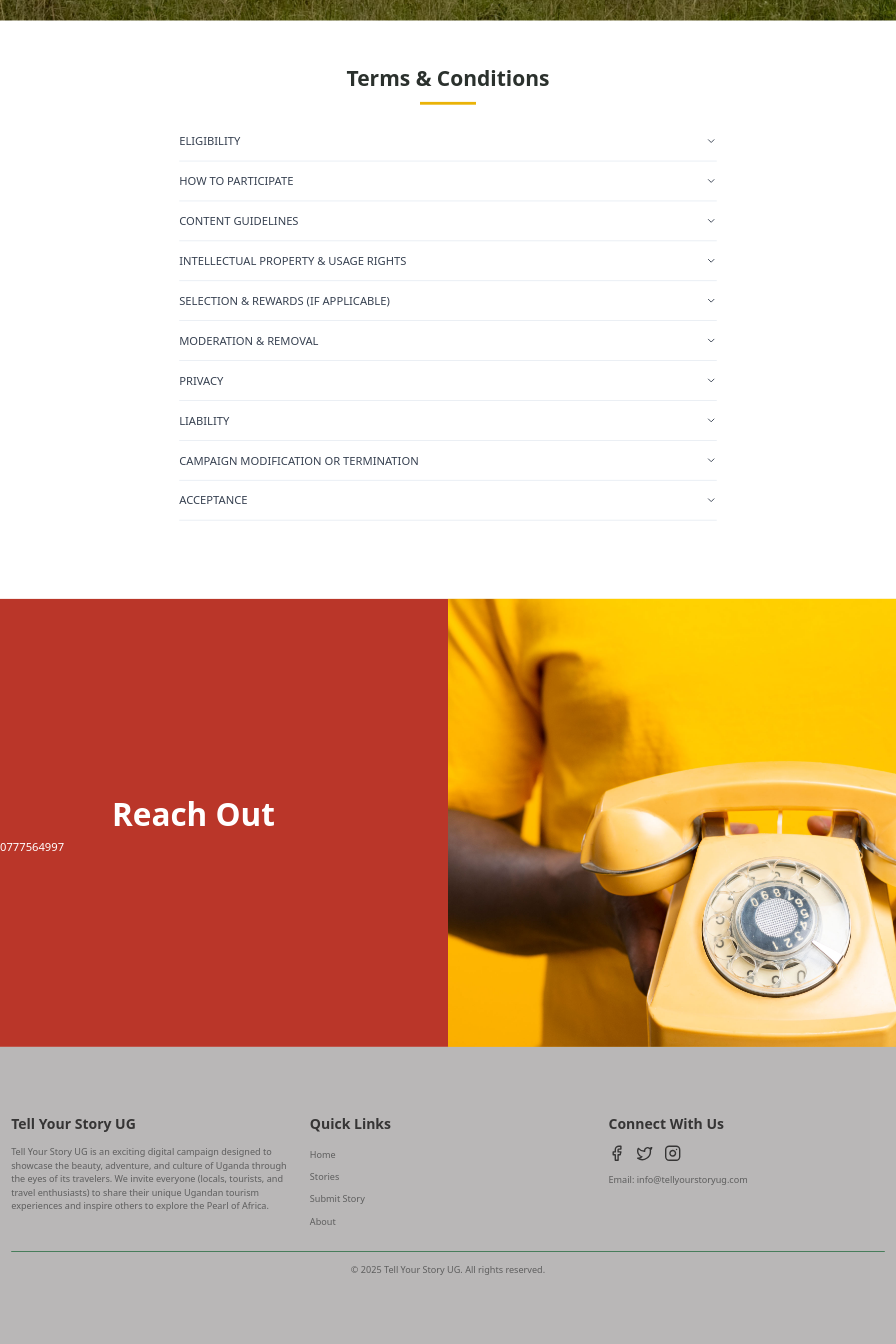
Repository: kaizoku010/take.part
Page: /
These files come from the project's save history. The page is drawn as it stood at one moment and after the next save; the edit follows.
The browser window is 1280 px wide. The pictures show the part of the page from y = 3382 to 5302 px (the page is 5302 px tall), at 70% of full size.
Backgrounds fixed to the window are drawn as part of the page. The project was rebuilt for these pictures with package versions that can differ from the ones it lists, and the page was loaded fresh each time. Also part of the build but not shown: vite.config.ts, src/components/ui/tooltip.tsx, src/pages/About.tsx, src/components/ui/input.tsx, src/pages/Stories.tsx, src/pages/StoryDetail.tsx, src/components/ui/use-toast.ts, src/components/ui/label.tsx and 3 more.

Above is the page before, as saved 2025-04-14 17:02:50.

### index.html

<!DOCTYPE html>
<html lang="en">
  <head>
    <meta charset="UTF-8" />
    <meta name="viewport" content="width=device-width, initial-scale=1.0" />
    <title>TAKE PART</title>
    <meta name="description" content="Share your Ugandan tourism experiences and inspire others to explore the Pearl of Africa" />
    <meta name="author" content="muneza dixon" />

    <meta property="og:title" content="Tell Your Story UG - Explore Uganda" />
    <meta property="og:description" content="Share your Ugandan tourism experiences and inspire others to explore the Pearl of Africa" />

    <!-- Meta Pixel Code -->
    <script>
    !function(f,b,e,v,n,t,s)
    {if(f.fbq)return;n=f.fbq=function(){n.callMethod?
    n.callMethod.apply(n,arguments):n.queue.push(arguments)};
    if(!f._fbq)f._fbq=n;n.push=n;n.loaded=!0;n.version='2.0';
    n.queue=[];t=b.createElement(e);t.async=!0;
    t.src=v;s=b.getElementsByTagName(e)[0];
    s.parentNode.insertBefore(t,s)}(window, document,'script',
    'https://connect.facebook.net/en_US/fbevents.js');
    fbq('init', '1846327909352916');
    fbq('track', 'PageView');
    </script>
    <!-- End Meta Pixel Code -->
  </head>

  <body>
    <div id="root"></div>
    <!-- Facebook Pixel noscript -->
    <noscript><img height="1" width="1" style="display:none"
    src="https://www.facebook.com/tr?id=1846327909352916&ev=PageView&noscript=1"
    /></noscript>
    <!-- IMPORTANT: DO NOT REMOVE THIS SCRIPT TAG OR THIS VERY COMMENT! -->
    <script src="https://cdn.gpteng.co/gptengineer.js" type="module"></script>
    <script type="module" src="/src/main.tsx"></script>
  </body>
</html>

### src/App.tsx

import { Toaster } from "@/components/ui/toaster";
import { Toaster as Sonner } from "@/components/ui/sonner";
import { TooltipProvider } from "@/components/ui/tooltip";
import { QueryClient, QueryClientProvider } from "@tanstack/react-query";
import { BrowserRouter, Routes, Route } from "react-router-dom";
import Home from "./pages/Home";
import About from "./pages/About";
import Stories from "./pages/Stories";
import StoryDetail from "./pages/StoryDetail";
import SubmitStory from "./pages/SubmitStory";
import NotFound from "./pages/NotFound";
import "./mdx.css";
import "./mobile.css"

const queryClient = new QueryClient();

const App = () => (
  <QueryClientProvider client={queryClient}>
    <TooltipProvider>
      <Toaster />
      <Sonner />
      <BrowserRouter>
        <Routes>
          <Route path="/" element={<Home />} />
          <Route path="/about" element={<About />} />
          <Route path="/stories" element={<Stories />} />
          <Route path="/stories/:id" element={<StoryDetail />} />
          <Route path="/submit-story" element={<SubmitStory />} />
          {/* ADD ALL CUSTOM ROUTES ABOVE THE CATCH-ALL "*" ROUTE */}
          <Route path="*" element={<NotFound />} />
        </Routes>
      </BrowserRouter>
    </TooltipProvider>
  </QueryClientProvider>
);

export default App;

### src/index.css
@tailwind base;
@tailwind components;
@tailwind utilities;

@layer base {
  :root {
    --background: 0 0% 100%;
    --foreground: 222.2 84% 4.9%;

    --card: 0 0% 100%;
    --card-foreground: 222.2 84% 4.9%;

    --popover: 0 0% 100%;
    --popover-foreground: 222.2 84% 4.9%;

    /* Main Orange/Gold */
    --primary: 41.81 100% 49.8%;
    --primary-foreground: 210 40% 98%;

    /* Rust Red */
    --secondary: 5.38 63.88% 44.51%;
    --secondary-foreground: 210 40% 98%;

    /* Change accent to Rust Red */
    --accent: 5.38 63.88% 44.51%;
    --accent-foreground: 210 40% 98%;

    --muted: 210 40% 96.1%;
    --muted-foreground: 215.4 16.3% 46.9%;

    --destructive: 0 84.2% 60.2%;
    --destructive-foreground: 210 40% 98%;

    --border: 214.3 31.8% 91.4%;
    --input: 214.3 31.8% 91.4%;
    --ring: 5.38 63.88% 44.51%;  /* Changed to Rust Red */

    --radius: 0.5rem;

    --sidebar-background: 0 0% 98%;

    --sidebar-foreground: 240 5.3% 26.1%;

    --sidebar-primary: 240 5.9% 10%;

    --sidebar-primary-foreground: 0 0% 98%;

    --sidebar-accent: 240 4.8% 95.9%;

    --sidebar-accent-foreground: 240 5.9% 10%;

    --sidebar-border: 220 13% 91%;

    --sidebar-ring: 217.2 91.2% 59.8%;
  }

  .dark {
    --background: 222.2 84% 4.9%;
    --foreground: 210 40% 98%;

    --card: 222.2 84% 4.9%;
    --card-foreground: 210 40% 98%;

    --popover: 222.2 84% 4.9%;
    --popover-foreground: 210 40% 98%;

    /* Main Orange/Gold */
    --primary: 41.81 100% 49.8%;
    --primary-foreground: 210 40% 98%;

    /* Rust Red */
    --secondary: 5.38 63.88% 44.51%;
    --secondary-foreground: 210 40% 98%;

    /* Change accent to Rust Red */
    --accent: 5.38 63.88% 44.51%;
    --accent-foreground: 210 40% 98%;

    --muted: 217.2 32.6% 17.5%;
    --muted-foreground: 215 20.2% 65.1%;

    --destructive: 0 62.8% 30.6%;
    --destructive-foreground: 210 40% 98%;

    --border: 217.2 32.6% 17.5%;
    --input: 217.2 32.6% 17.5%;
    --ring: 5.38 63.88% 44.51%;  /* Changed to Rust Red */
    --sidebar-background: 240 5.9% 10%;
    --sidebar-foreground: 240 4.8% 95.9%;
    --sidebar-primary: 224.3 76.3% 48%;
    --sidebar-primary-foreground: 0 0% 100%;
    --sidebar-accent: 240 3.7% 15.9%;
    --sidebar-accent-foreground: 240 4.8% 95.9%;
    --sidebar-border: 240 3.7% 15.9%;
    --sidebar-ring: 217.2 91.2% 59.8%;
  }
}

@layer base {
  * {
    @apply border-border;
  }

  body {
    @apply bg-background text-foreground;
  }
}

### src/components/ui/toaster.tsx
import { useToast } from "@/hooks/use-toast"
import {
  Toast,
  ToastClose,
  ToastDescription,
  ToastProvider,
  ToastTitle,
  ToastViewport,
} from "@/components/ui/toast"

export function Toaster() {
  const { toasts } = useToast()

  return (
    <ToastProvider>
      {toasts.map(function ({ id, title, description, action, ...props }) {
        return (
          <Toast key={id} {...props}>
            <div className="grid gap-1">
              {title && <ToastTitle>{title}</ToastTitle>}
              {description && (
                <ToastDescription>{description}</ToastDescription>
              )}
            </div>
            {action}
            <ToastClose />
          </Toast>
        )
      })}
      <ToastViewport />
    </ToastProvider>
  )
}

### src/components/ui/sonner.tsx
import { useTheme } from "next-themes"
import { Toaster as Sonner, toast } from "sonner"

type ToasterProps = React.ComponentProps<typeof Sonner>

const Toaster = ({ ...props }: ToasterProps) => {
  const { theme = "system" } = useTheme()

  return (
    <Sonner
      theme={theme as ToasterProps["theme"]}
      className="toaster group"
      toastOptions={{
        classNames: {
          toast:
            "group toast group-[.toaster]:bg-background group-[.toaster]:text-foreground group-[.toaster]:border-border group-[.toaster]:shadow-lg",
          description: "group-[.toast]:text-muted-foreground",
          actionButton:
            "group-[.toast]:bg-primary group-[.toast]:text-primary-foreground",
          cancelButton:
            "group-[.toast]:bg-muted group-[.toast]:text-muted-foreground",
        },
      }}
      {...props}
    />
  )
}

export { Toaster, toast }

### src/mdx.css
#hero-text{
    font-size: 1.2rem !important;
    line-height: unset !important;
}

#logo{
    width: 6rem !important;
}

#nav{
    background-color: white !important;

}

#link{
    font-size: small !important;
    font-weight: 500;
color:rgba(0, 0, 0, 0.658) !important;
}


.bg-green-800{
    background-color: #ba3629 !important;
}

.bg-yellow-800{
    background-color: rgb(254, 177, 0) !important;
}


.bg-yellow-dx{
    background-color: rgb(254, 177, 0) !important;
}

.bg-green-900 {
    color: rgb(54, 53, 53) !important;
background-color: rgb(185, 183, 183) !important;
}


.text-green-800 {
    --tw-text-opacity: 1;
    color: rgb(43 49 45) !important;
}


.text-gray-hound{
    font-size: small;
    color: rgb(94, 94, 94) !important;
}


#carousel-section{
    padding-top: 5rem;
    padding-bottom: 5rem;
    background-color: #feb100 !important;
}

.bg-background {
    background-color: #212120 !important;
}

#prizes-section{
    height: 40rem !important;
    display: flex;
    padding-left: 10rem;
    background-position: bottom;
    background-attachment: fixed;
    width: 100%;
    background-image: url("../src/media/zebs.jpg");
}


.content-prizes{
display: flex;
/* background-color: red; */
width: 100%;
flex-direction: column;
justify-content: center;
}

.content-prizes-2{
display: flex;
background-color: transparent;
width: 100%;
flex-direction: column;
}

.win-title{

    font-weight: 800;
    font-size: 2rem;
    margin-bottom: 1rem;
    color: white;
}

.prize{
    display: flex;

    /* margin-bottom: 1rem; */
    font-weight: 200;
    /* font-size: 2rem; */
    align-items: center;
    color: white;
}

.prize img{
    width: 2.5rem;
    height: 2rem;
}


.take-part{
    background-color: #feb100;
    color: rgb(54, 52, 52);
    padding: 0.7rem;
    margin-top: 2rem;
    width: 10rem;
    font-weight: bold;
    font-size: small;
    border-radius: 10px;

}

.take-part:hover{
    color: white !important;
background-color: #ba3629 !important;
}


#vist-ug{
    background-color: #ba3629 !important;
}


#vist-ug:hover{
    background-color: transparent !important;
}


#footer{
    padding-top: 6rem;
    padding-bottom: 6rem;
}

#cta{
    height: 30rem;
    display: flex;
    flex-direction: column;
    justify-content: center;
    /* padding-top: 5rem !important;
    padding-bottom: 5rem !important; */
}


#contact{
    display: flex;
    /* background-image: url("../src/media/call.jpg"); */
}


#cta-section{
    width: 100%;
    height: 40rem;
    justify-content: center;
    display: flex;
    color: white;
    flex-direction: column;
    background-color: #ba3629 !important;
}

#cta-section-2{
    width: 100%;
    height: 40rem;
    background-size: cover;
    background-image: url("../src/media/call.jpg");
    background-color: #feb100 !important;
}

.call-title{
    padding-left: 10rem;
    font-size: 45px;
    font-weight: 800;

}

#cta-section > p{

}

### src/mobile.css
@media (max-width: 768px) {
    header {
      padding: 0.5rem 0;
    }

    .mobile-menu {
      position: absolute;
      top: 100%;
      left: 0;
      right: 0;
      background-color: #166534; /* green-800 */
      padding: 1rem;
      box-shadow: 0 2px 4px rgba(0,0,0,0.1);
    }

    .mobile-menu a {
      display: block;
      padding: 0.75rem 1rem;
      color: white;
      border-bottom: 1px solid rgba(255,255,255,0.1);
    }

    .mobile-menu a:last-child {
      border-bottom: none;
    }
  }

### src/components/ui/button.tsx
import * as React from "react"
import { Slot } from "@radix-ui/react-slot"
import { cva, type VariantProps } from "class-variance-authority"

import { cn } from "@/lib/utils"

const buttonVariants = cva(
  "inline-flex items-center justify-center gap-2 whitespace-nowrap rounded-md text-sm font-medium ring-offset-background transition-colors focus-visible:outline-none focus-visible:ring-2 focus-visible:ring-ring focus-visible:ring-offset-2 disabled:pointer-events-none disabled:opacity-50 [&_svg]:pointer-events-none [&_svg]:size-4 [&_svg]:shrink-0",
  {
    variants: {
      variant: {
        default: "bg-primary text-primary-foreground hover:bg-primary/90",
        destructive:
          "bg-destructive text-destructive-foreground hover:bg-destructive/90",
        outline:
          "border border-input bg-background hover:bg-accent hover:text-accent-foreground",
        secondary:
          "bg-secondary text-secondary-foreground hover:bg-secondary/80",
        ghost: "hover:bg-accent hover:text-accent-foreground",
        link: "text-primary underline-offset-4 hover:underline",
      },
      size: {
        default: "h-10 px-4 py-2",
        sm: "h-9 rounded-md px-3",
        lg: "h-11 rounded-md px-8",
        icon: "h-10 w-10",
      },
    },
    defaultVariants: {
      variant: "default",
      size: "default",
    },
  }
)

export interface ButtonProps
  extends React.ButtonHTMLAttributes<HTMLButtonElement>,
    VariantProps<typeof buttonVariants> {
  asChild?: boolean
}

const Button = React.forwardRef<HTMLButtonElement, ButtonProps>(
  ({ className, variant, size, asChild = false, ...props }, ref) => {
    const Comp = asChild ? Slot : "button"
    return (
      <Comp
        className={cn(buttonVariants({ variant, size, className }))}
        ref={ref}
        {...props}
      />
    )
  }
)
Button.displayName = "Button"

export { Button, buttonVariants }

### src/components/ui/card.tsx
import * as React from "react"

import { cn } from "@/lib/utils"

const Card = React.forwardRef<
  HTMLDivElement,
  React.HTMLAttributes<HTMLDivElement>
>(({ className, ...props }, ref) => (
  <div
    ref={ref}
    className={cn(
      "rounded-lg border bg-card text-card-foreground shadow-sm",
      className
    )}
    {...props}
  />
))
Card.displayName = "Card"

const CardHeader = React.forwardRef<
  HTMLDivElement,
  React.HTMLAttributes<HTMLDivElement>
>(({ className, ...props }, ref) => (
  <div
    ref={ref}
    className={cn("flex flex-col space-y-1.5 p-6", className)}
    {...props}
  />
))
CardHeader.displayName = "CardHeader"

const CardTitle = React.forwardRef<
  HTMLParagraphElement,
  React.HTMLAttributes<HTMLHeadingElement>
>(({ className, ...props }, ref) => (
  <h3
    ref={ref}
    className={cn(
      "text-2xl font-semibold leading-none tracking-tight",
      className
    )}
    {...props}
  />
))
CardTitle.displayName = "CardTitle"

const CardDescription = React.forwardRef<
  HTMLParagraphElement,
  React.HTMLAttributes<HTMLParagraphElement>
>(({ className, ...props }, ref) => (
  <p
    ref={ref}
    className={cn("text-sm text-muted-foreground", className)}
    {...props}
  />
))
CardDescription.displayName = "CardDescription"

const CardContent = React.forwardRef<
  HTMLDivElement,
  React.HTMLAttributes<HTMLDivElement>
>(({ className, ...props }, ref) => (
  <div ref={ref} className={cn("p-6 pt-0", className)} {...props} />
))
CardContent.displayName = "CardContent"

const CardFooter = React.forwardRef<
  HTMLDivElement,
  React.HTMLAttributes<HTMLDivElement>
>(({ className, ...props }, ref) => (
  <div
    ref={ref}
    className={cn("flex items-center p-6 pt-0", className)}
    {...props}
  />
))
CardFooter.displayName = "CardFooter"

export { Card, CardHeader, CardFooter, CardTitle, CardDescription, CardContent }

### src/components/layout/Layout.tsx

import { ReactNode } from "react";
import Header from "./Header";
import Footer from "./Footer";

interface LayoutProps {
  children: ReactNode;
}

const Layout = ({ children }: LayoutProps) => {
  return (
    <div className="flex flex-col min-h-screen">
      <Header />
      <main className="flex-grow">
        {children}
      </main>
      <Footer />
    </div>
  );
};

export default Layout;

### src/components/ui/accordion.tsx
import * as React from "react"
import * as AccordionPrimitive from "@radix-ui/react-accordion"
import { ChevronDown } from "lucide-react"

import { cn } from "@/lib/utils"

const Accordion = AccordionPrimitive.Root

const AccordionItem = React.forwardRef<
  React.ElementRef<typeof AccordionPrimitive.Item>,
  React.ComponentPropsWithoutRef<typeof AccordionPrimitive.Item>
>(({ className, ...props }, ref) => (
  <AccordionPrimitive.Item
    ref={ref}
    className={cn("border-b", className)}
    {...props}
  />
))
AccordionItem.displayName = "AccordionItem"

const AccordionTrigger = React.forwardRef<
  React.ElementRef<typeof AccordionPrimitive.Trigger>,
  React.ComponentPropsWithoutRef<typeof AccordionPrimitive.Trigger>
>(({ className, children, ...props }, ref) => (
  <AccordionPrimitive.Header className="flex">
    <AccordionPrimitive.Trigger
      ref={ref}
      className={cn(
        "flex flex-1 items-center justify-between py-4 font-medium transition-all hover:underline [&[data-state=open]>svg]:rotate-180",
        className
      )}
      {...props}
    >
      {children}
      <ChevronDown className="h-4 w-4 shrink-0 transition-transform duration-200" />
    </AccordionPrimitive.Trigger>
  </AccordionPrimitive.Header>
))
AccordionTrigger.displayName = AccordionPrimitive.Trigger.displayName

const AccordionContent = React.forwardRef<
  React.ElementRef<typeof AccordionPrimitive.Content>,
  React.ComponentPropsWithoutRef<typeof AccordionPrimitive.Content>
>(({ className, children, ...props }, ref) => (
  <AccordionPrimitive.Content
    ref={ref}
    className="overflow-hidden text-sm transition-all data-[state=closed]:animate-accordion-up data-[state=open]:animate-accordion-down"
    {...props}
  >
    <div className={cn("pb-4 pt-0", className)}>{children}</div>
  </AccordionPrimitive.Content>
))

AccordionContent.displayName = AccordionPrimitive.Content.displayName

export { Accordion, AccordionItem, AccordionTrigger, AccordionContent }

### src/components/layout/Footer.tsx

import { Facebook, Instagram, Twitter } from "lucide-react";
import { Link } from "react-router-dom";

const Footer = () => {
  return (
    <footer id="footer" className="bg-green-900 text-white py-10">
      <div className="container mx-auto px-4">
        <div className="grid grid-cols-1 md:grid-cols-3 gap-8">
          <div>
            <h3 className="text-xl font-bold mb-4">Tell Your Story UG</h3>
            <p className="text-gray-300 text-gray-hound">
            Tell Your Story UG is an exciting digital campaign designed to showcase the beauty, adventure, and culture of Uganda through the eyes of its travelers. We invite everyone (locals, tourists, and travel enthusiasts) to share their unique Ugandan tourism experiences and inspire others to explore the Pearl of Africa.
                        </p>
          </div>

          <div>
            <h3 className="text-xl font-bold mb-4">Quick Links</h3>
            <ul className="space-y-2">
              <li><Link to="/" className="text-gray-hound text-gray-300 hover:text-yellow-400 transition-colors">Home</Link></li>
              <li><Link to="/stories" className="text-gray-hound text-gray-300 hover:text-yellow-400 transition-colors">Stories</Link></li>
              <li><Link to="/submit-story" className="text-gray-hound text-gray-300 hover:text-yellow-400 transition-colors">Submit Story</Link></li>
              <li><Link to="/about" className="text-gray-hound text-gray-300 hover:text-yellow-400 transition-colors">About</Link></li>
            </ul>
          </div>

          <div>
            <h3 className="text-xl font-bold mb-4">Connect With Us</h3>
            <div className="flex space-x-4">
              <a href="https://facebook.com" target="_blank" rel="noopener noreferrer" className="hover:text-yellow-400 transition-colors">
                <Facebook size={24} />
              </a>
              <a href="https://twitter.com" target="_blank" rel="noopener noreferrer" className="hover:text-yellow-400 transition-colors">
                <Twitter size={24} />
              </a>
              <a href="https://instagram.com" target="_blank" rel="noopener noreferrer" className="hover:text-yellow-400 transition-colors">
                <Instagram size={24} />
              </a>
            </div>
            <p className="mt-4 text-gray-300 text-gray-hound">
              Email: <a href="mailto:info@tellyourstoryug.com" className="text-gray-hound hover:text-yellow-400 transition-colors">info@tellyourstoryug.com</a>
            </p>
          </div>
        </div>

        <div className="mt-8 pt-4 border-t border-green-800 text-center text-gray-300 text-gray-hound">
          <p>&copy; {new Date().getFullYear()} Tell Your Story UG. All rights reserved.</p>
        </div>
      </div>
    </footer>
  );
};

export default Footer;

### tailwind.config.ts
import type { Config } from "tailwindcss";

export default {
	darkMode: ["class"],
	content: [
		"./pages/**/*.{ts,tsx}",
		"./components/**/*.{ts,tsx}",
		"./app/**/*.{ts,tsx}",
		"./src/**/*.{ts,tsx}",
	],
	prefix: "",
	theme: {
		container: {
			center: true,
			padding: '2rem',
			screens: {
				'2xl': '1400px'
			}
		},
		extend: {
			colors: {
				main: 'hsl(41.81, 100%, 49.8%)',    // Orange/Gold
				accent: 'hsl(5.38, 63.88%, 44.51%)', // Rust Red
				border: 'hsl(var(--border))',
				input: 'hsl(var(--input))',
				ring: 'hsl(var(--ring))',
				background: 'hsl(var(--background))',
				foreground: 'hsl(var(--foreground))',
				primary: {
					DEFAULT: 'hsl(var(--primary))',
					foreground: 'hsl(var(--primary-foreground))'
				},
				secondary: {
					DEFAULT: 'hsl(var(--secondary))',
					foreground: 'hsl(var(--secondary-foreground))'
				},
				destructive: {
					DEFAULT: 'hsl(var(--destructive))',
					foreground: 'hsl(var(--destructive-foreground))'
				},
				muted: {
					DEFAULT: 'hsl(var(--muted))',
					foreground: 'hsl(var(--muted-foreground))'
				},
				// accent: {
				// 	DEFAULT: 'hsl(var(--accent))',
				// 	foreground: 'hsl(var(--accent-foreground))'
				// },
				popover: {
					DEFAULT: 'hsl(var(--popover))',
					foreground: 'hsl(var(--popover-foreground))'
				},
				card: {
					DEFAULT: 'hsl(var(--card))',
					foreground: 'hsl(var(--card-foreground))'
				},
				sidebar: {
					DEFAULT: 'hsl(var(--sidebar-background))',
					foreground: 'hsl(var(--sidebar-foreground))',
					primary: 'hsl(var(--sidebar-primary))',
					'primary-foreground': 'hsl(var(--sidebar-primary-foreground))',
					accent: 'hsl(var(--sidebar-accent))',
					'accent-foreground': 'hsl(var(--sidebar-accent-foreground))',
					border: 'hsl(var(--sidebar-border))',
					ring: 'hsl(var(--sidebar-ring))'
				}
			},
			borderRadius: {
				lg: 'var(--radius)',
				md: 'calc(var(--radius) - 2px)',
				sm: 'calc(var(--radius) - 4px)'
			},
			keyframes: {
				'accordion-down': {
					from: {
						height: '0'
					},
					to: {
						height: 'var(--radix-accordion-content-height)'
					}
				},
				'accordion-up': {
					from: {
						height: 'var(--radix-accordion-content-height)'
					},
					to: {
						height: '0'
					}
				}
			},
			animation: {
				'accordion-down': 'accordion-down 0.2s ease-out',
				'accordion-up': 'accordion-up 0.2s ease-out'
			}
		}
	},
	plugins: [require("tailwindcss-animate")],
} satisfies Config;

Loaded but not shown: src/main.tsx (common file); src/hooks/use-toast.ts (common file); src/lib/utils.ts (common file); src/pages/Home.tsx (609 lines, source omitted); src/components/ui/carousel.tsx (260 lines, source omitted); src/components/ui/toast.tsx (127 lines, source omitted); src/components/layout/Header.tsx (66 lines, source omitted)

After the next save:
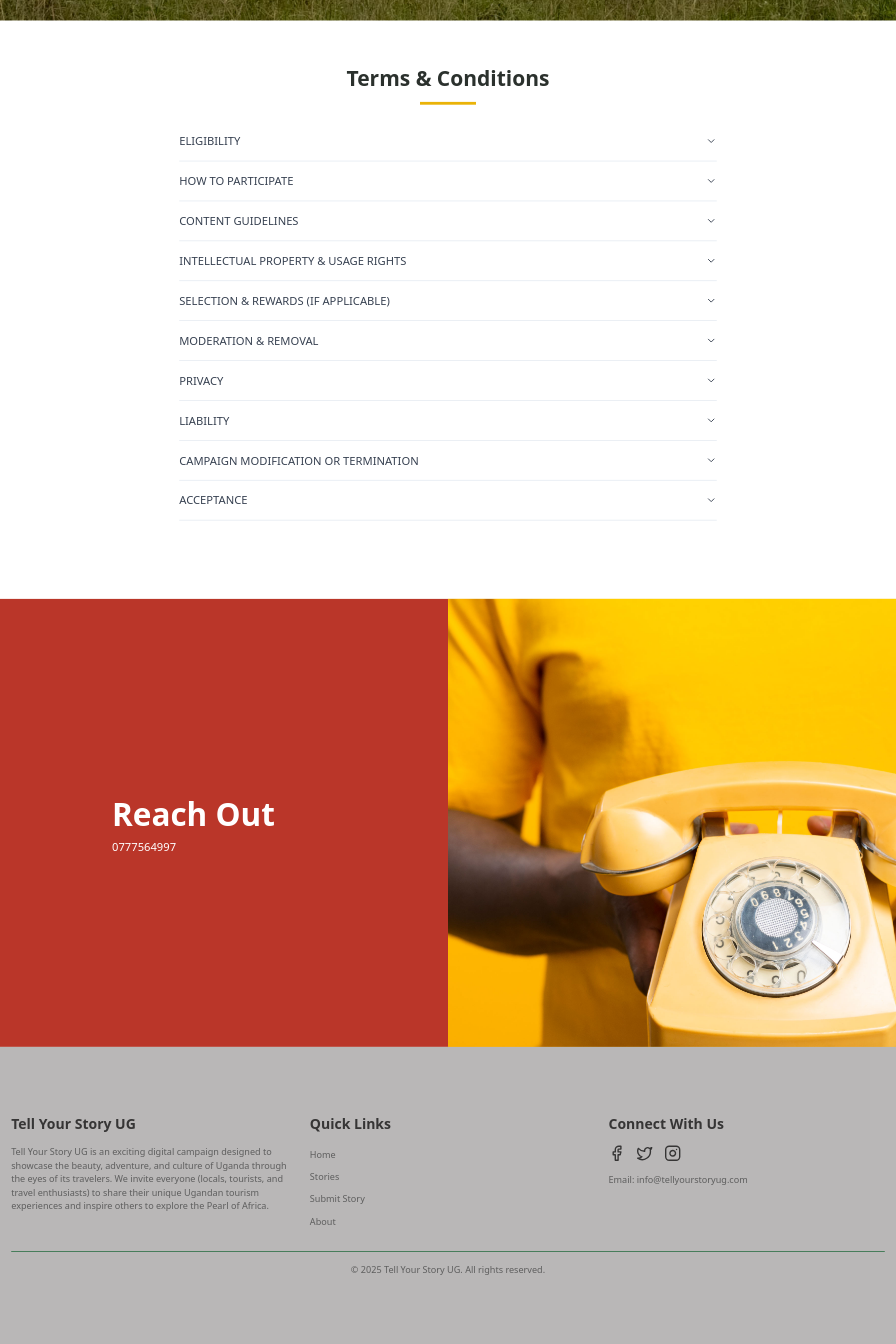
Saved 4 s later.
--- a/src/mdx.css
+++ b/src/mdx.css
@@ -185,5 +185,5 @@
 }
 
 #cta-section > p{
-
+    padding-left: 10rem;
 }
